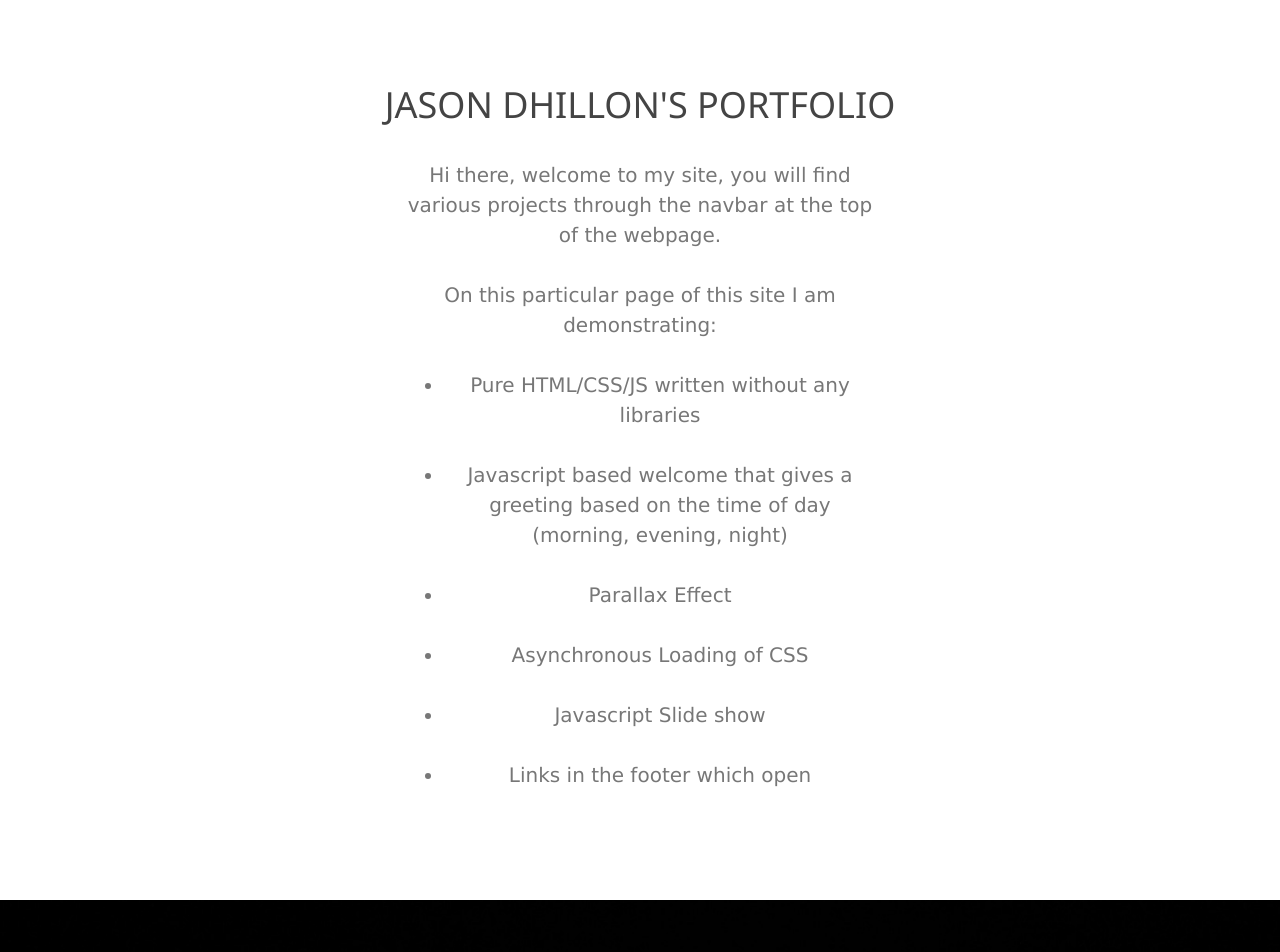
Repository: Jasondhillon/jasondhillon.github.io
Page: index.html
The author's editor kept a copy of each file at every save. The page is drawn from the files as they stood at one save, then again after the next save.
The browser window is 1280 px wide. The pictures show the part of the page from y = 792 to 1744 px (the page is 4096 px tall).
Backgrounds fixed to the window are drawn as part of the page.

Above is the page before, as saved 2020-04-07 17:36:56.

After the next save:
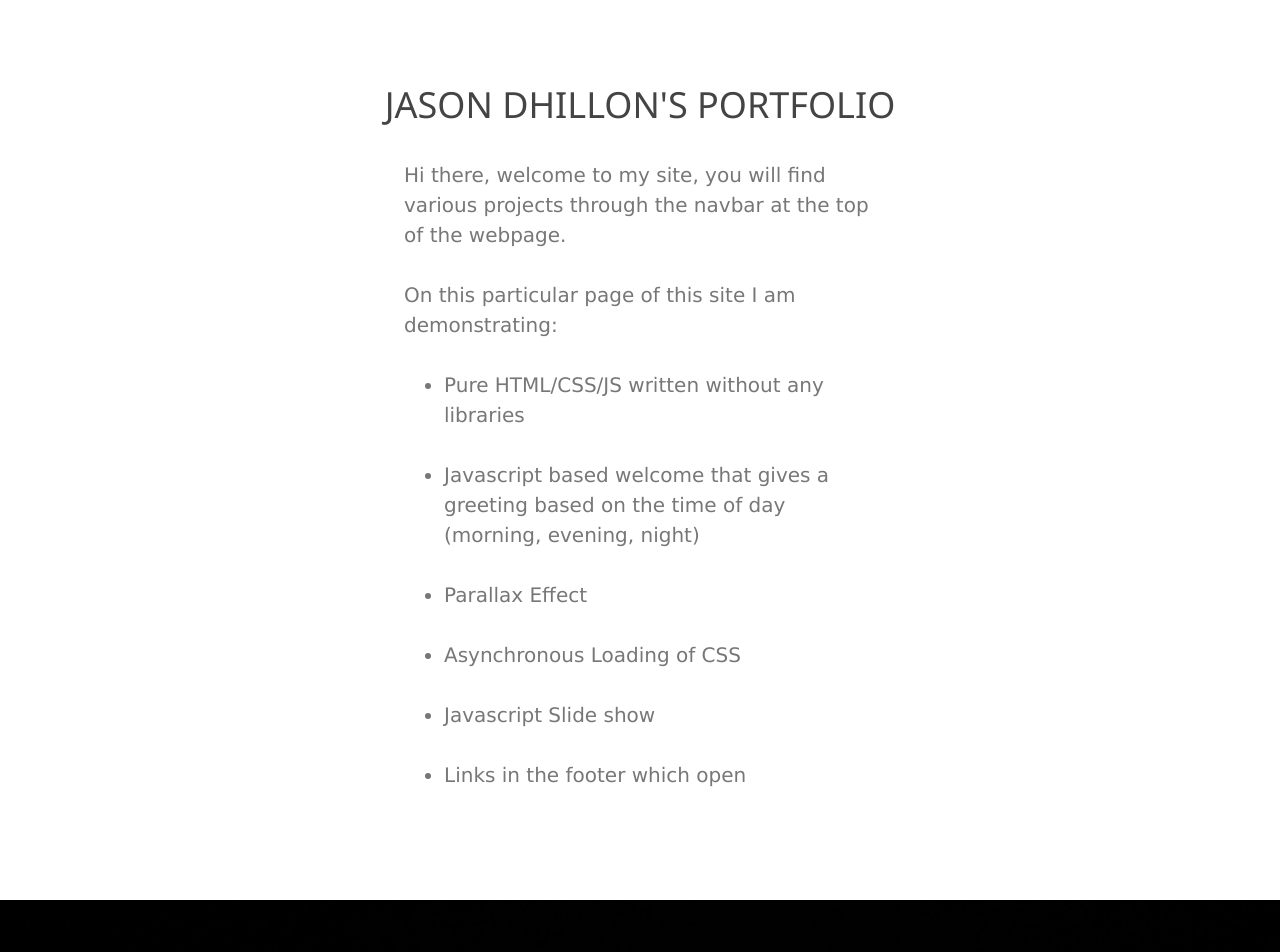
Saved 20 s later.
--- a/index.html
+++ b/index.html
@@ -200,11 +200,11 @@
 <!-- Quote  -->
   <div style="background-color: white; padding: 80px 50px; line-height: 30px;">
     <h1 style="text-align: center; color: #444; text-transform: uppercase;">Jason Dhillon's Portfolio </h1>
-    <p id="quote" style="text-align: center;">
+    <p id="quote" >
       Hi there, welcome to my site, you will find various projects through the navbar at the top of the webpage.</p>
-      <p id="quote"  style="text-align: center;">
+      <p id="quote">
         On this particular page of this site I am demonstrating:</p>
-      <ul id="quote"  style="text-align: center;">
+      <ul id="quote">
         <li>Pure HTML/CSS/JS written without any libraries</li>
         <li> Javascript based welcome that gives a greeting based on the time of day (morning, evening, night)</li>
         <li>Parallax Effect</li>
@@ -212,7 +212,6 @@
         <li>Javascript Slide show</li>
         <li>Links in the footer which open </li>
       </ul>
-    </div>
   </div>
 
 <!-- Parallax/Moon -->

After the save that followed:
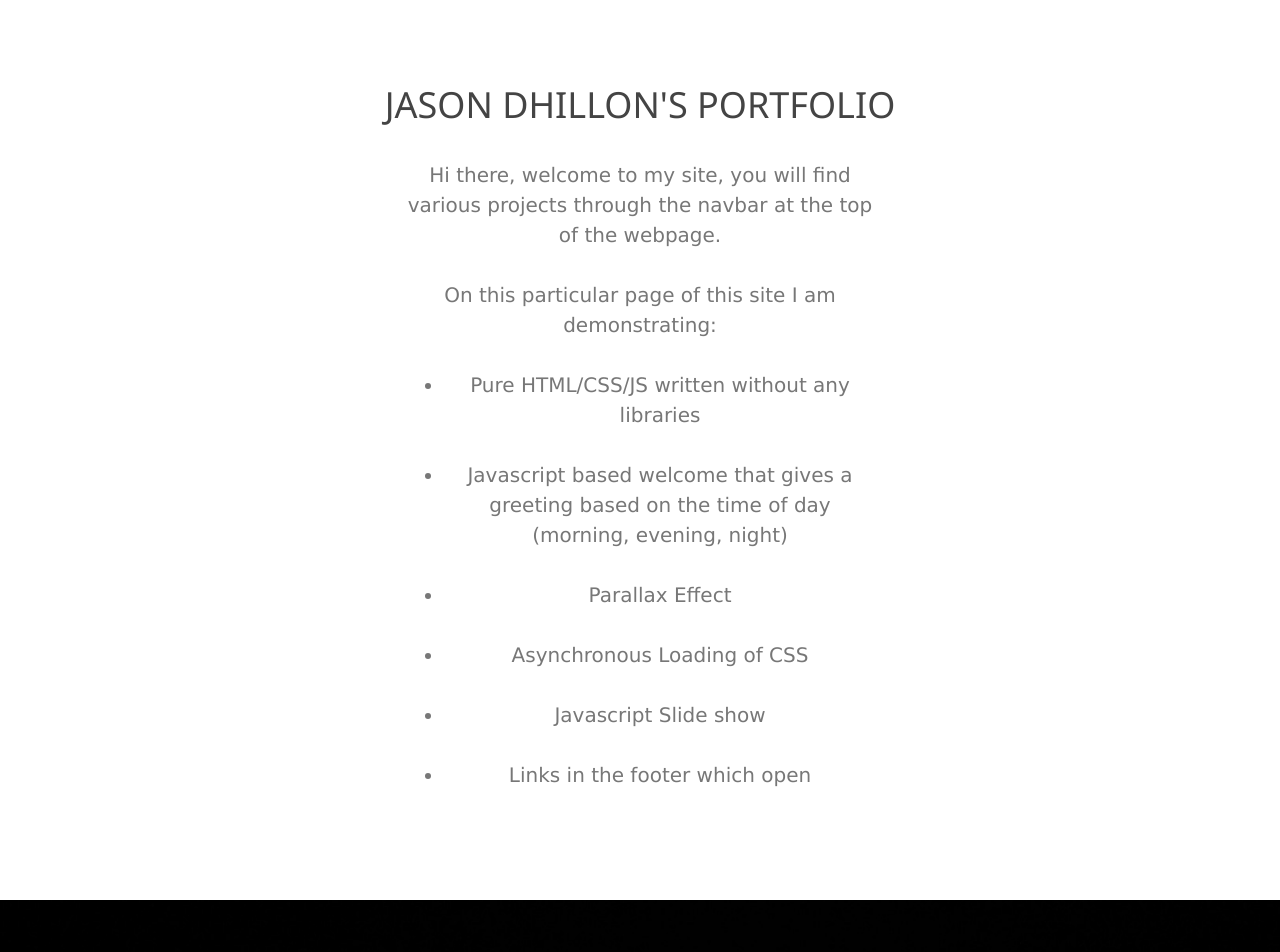
Saved 21 s later.
--- a/css/stylesheet.css
+++ b/css/stylesheet.css
@@ -26,7 +26,7 @@ a{text-decoration: underline;}
     }
 
     #quote{
-        text-align: left;
+        text-align: center;
         width:40%; white-space:pre-line;
         margin: 0 auto;
         font-size: 20px;
